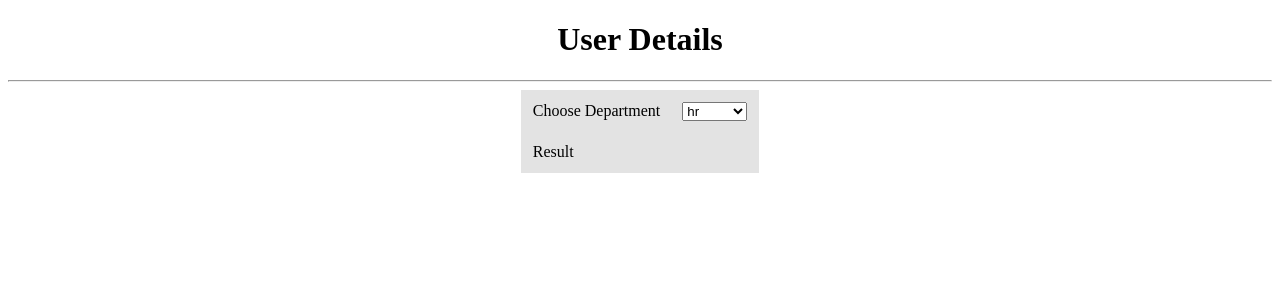
Repository: abhishekj720/HSBCLearn
Page: html/AjaxDemo1/WebContent/WEB-INF/assignment.html
An editor plug-in stored every save of this project. The page is shown before and after the next save, followed by the edit.
The browser window is 1280 px wide. The pictures show the whole page.

Above is the page before, as saved 2019-07-31 13:19:30.

### html/AjaxDemo1/WebContent/WEB-INF/assignment.html
<!DOCTYPE html>
<html>
<head>
<meta charset="ISO-8859-1">
<title>Insert title here</title>
</head>
<script>
function searchUser(){
	 var elem=document.getElementById("txtid").value;
	  if(isNaN(id)){
		  alert("EID is not a number");
	  }
	  else{
		  doAjax(id);
		}
}
function doAjax(id){
	  var ajax=new XMLHttpRequest();
	  var url="http://localhost:8080/AjaxDemo1/products.json";
	  ajax.open("GET",url,true);
	  ajax.send();
	  ajax.onreadystatechange=function(){
		  if(ajax.readyState==4 && ajax.status==200){
			  var str=ajax.responseText;
			  var json=JSON.parse(str);

			  if(json.id!==undefined){
				document.getElementById("tbl1").style.display="block";
				document.getElementById("tuid").innerHTML=json.id;
				document.getElementById("tuname").innerHTML=json.name;
				document.getElementById("temail").innerHTML=json.email;
				document.getElementById("tcity").innerHTML=json.address.city;
				document.getElementById("tcompany").innerHTML=json.company.name;
			  }
			  else{

			  }
		  }else{
			  document.getElementById("tbl1").style.display="none";
			  document.getElementById("err").style.display="block";
			  document.getElementById("err").innerHTML="User not found"+id;

		  }
	  };
}
</script>
<body>
<h1 align="center">User Details</h1>
<hr/>
<div align="center">
<table cellpadding="10" bgcolor="#e3e3e3">
		<tr>
			<td>Choose Department</td>
			<td><select onchange="search(this.value)">
					<option value="hr">hr</option>
					<option value="pr">pr</option>
					<option value="finance">finance</option>
			</select></td>
		</tr>
		<tr>
			<td>Result</td>
			<td id="result"></td>
		</tr>
	</table>
</div>
<div id="err"></div>
<table id="tbl1" cellpadding="10" bgcolor="cyan" style="margin:0px auto;display:none;width:300px" >
	    <tr>
			<td>User ID</td>
			<td id="tuid"></td>
		</tr>
		<tr>
			<td>User Name</td>
			<td id="tuname"></td>
		</tr>
		<tr>
			<td>Email</td>
			<td id="temail"></td>
		</tr>
		<tr>
			<td>City</td>
			<td id="tcity"></td>
		</tr>
		<tr>
			<td>Company Name</td>
			<td id="tcompany"></td>
		</tr>
	</table>
</body>
</html>

After the next save:
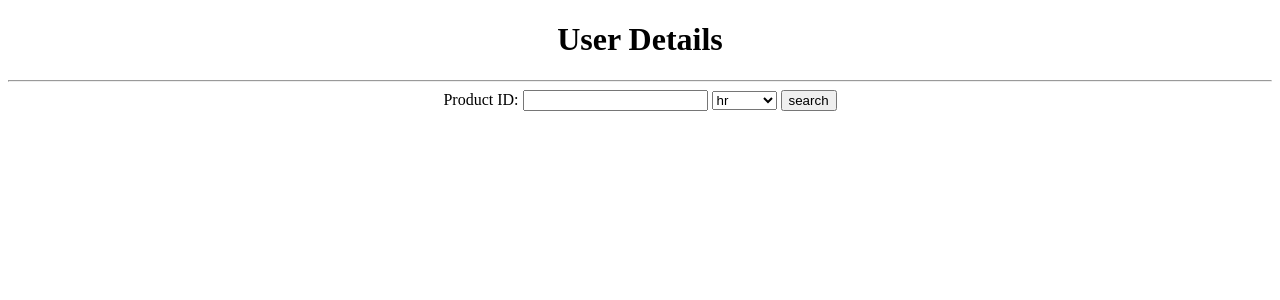
Saved 85 s later.
--- a/html/AjaxDemo1/WebContent/WEB-INF/assignment.html
+++ b/html/AjaxDemo1/WebContent/WEB-INF/assignment.html
@@ -48,20 +48,13 @@ function doAjax(id){
 <h1 align="center">User Details</h1>
 <hr/>
 <div align="center">
-<table cellpadding="10" bgcolor="#e3e3e3">
-		<tr>
-			<td>Choose Department</td>
-			<td><select onchange="search(this.value)">
+Product ID: <input type="text" id="txtid"/>
+			<select onchange="search(this.value)">
 					<option value="hr">hr</option>
 					<option value="pr">pr</option>
 					<option value="finance">finance</option>
-			</select></td>
-		</tr>
-		<tr>
-			<td>Result</td>
-			<td id="result"></td>
-		</tr>
-	</table>
+			</select>
+<input type="button" value="search" onclick="search()"/>
 </div>
 <div id="err"></div>
 <table id="tbl1" cellpadding="10" bgcolor="cyan" style="margin:0px auto;display:none;width:300px" >
